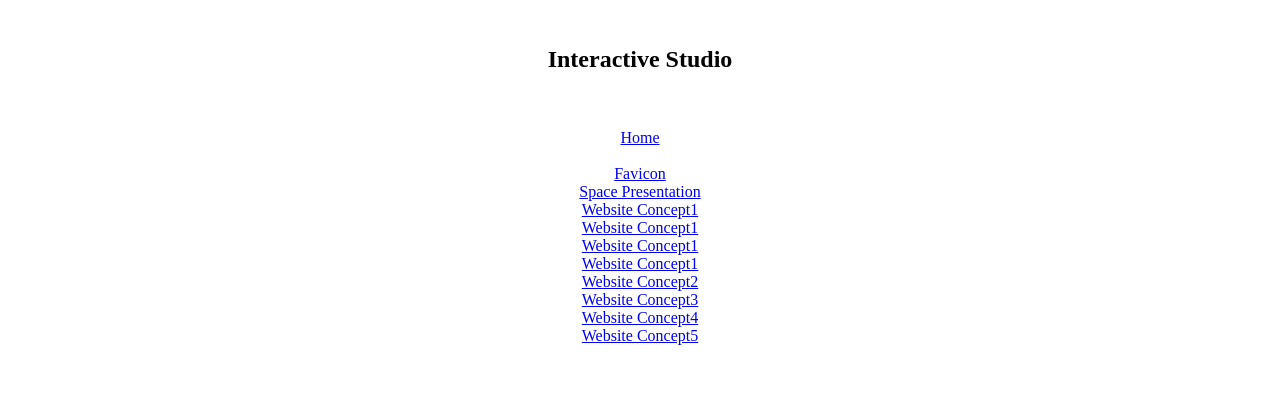
Repository: parkh899/parkh899.github.io
Page: studio/index.html
The author's editor kept a record of every edit. The page is drawn from the files as they stood at one moment, then again after the next edit.
The browser window is 1280 px wide. The pictures show the whole page.

Above is the page before.

After the next edit:
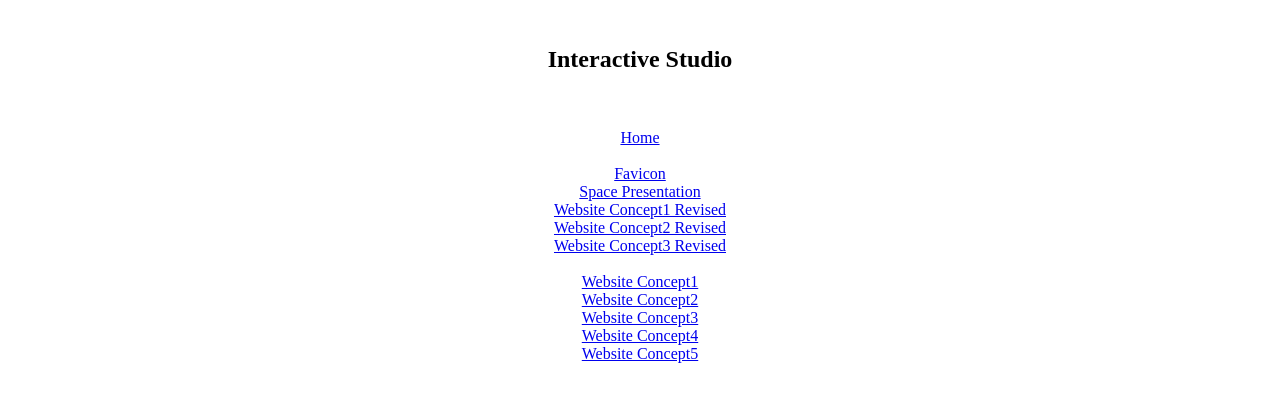
The edit:
--- a/studio/index.html
+++ b/studio/index.html
@@ -12,9 +12,9 @@
             <a href= "../index.html">Home</a><br/><br/>
             <a href= "favicon.html">Favicon</a><br/>
             <a href= "space.pdf">Space Presentation</a><br/>
-            <a href= "concept1rev.pdf">Website Concept1</a><br/>
-            <a href= "concept2ref.pdf">Website Concept1</a><br/>
-            <a href= "concept3rev.pdf">Website Concept1</a><br/>
+            <a href= "concept1rev.pdf">Website Concept1 Revised</a><br/>
+            <a href= "concept2rev.pdf">Website Concept2 Revised</a><br/>
+            <a href= "concept3rev.pdf">Website Concept3 Revised</a><br/><br/>
             <a href= "concept1.pdf">Website Concept1</a><br/>
             <a href= "concept2.pdf">Website Concept2</a><br/>
             <a href= "concept3.pdf">Website Concept3</a><br/>
